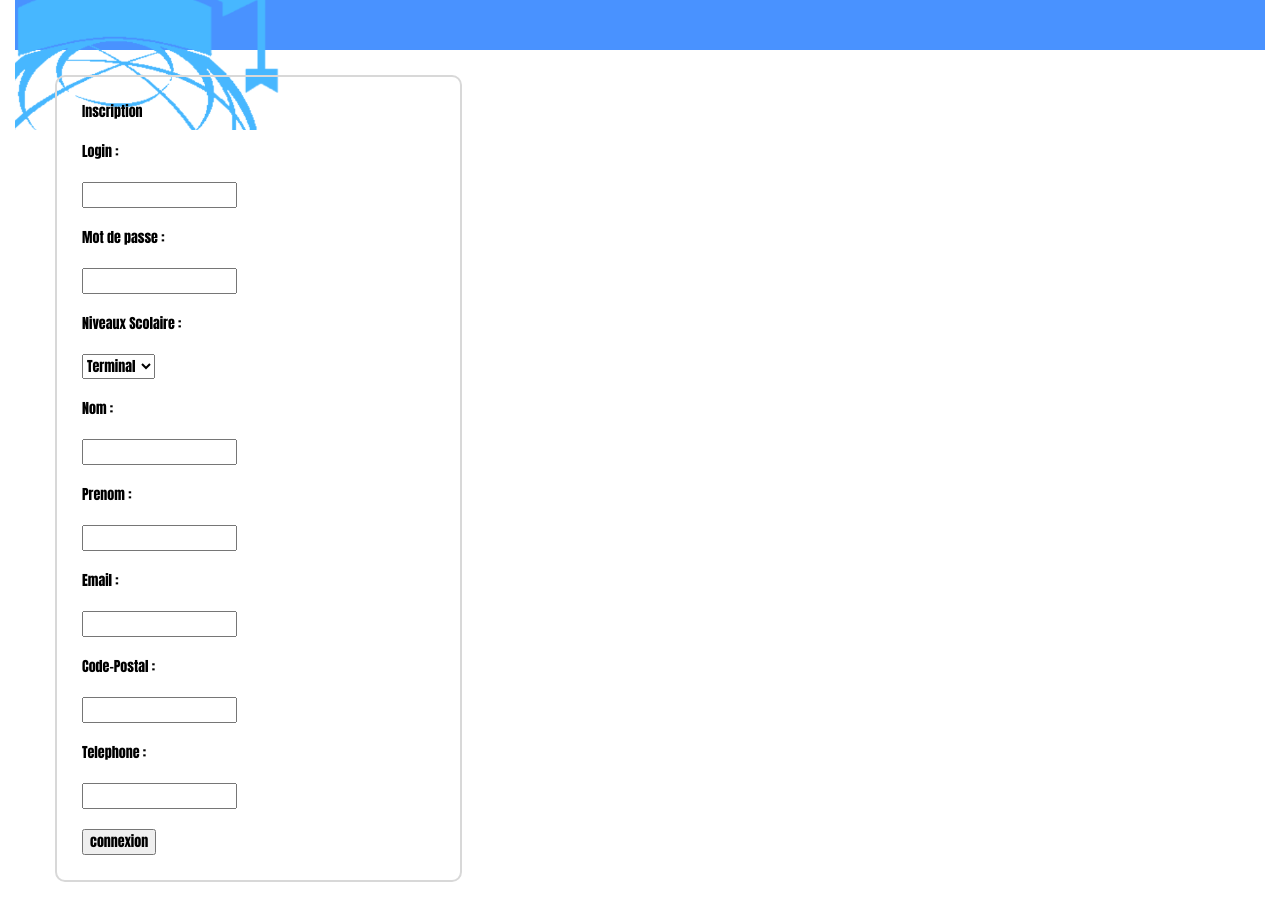
Repository: AntoAnt/WikiScolaire-
Page: http://localhost/InterfaceWikiScolair/Inscription.jsp
The author's editor kept a copy of each file at every save. The page is drawn from the files as they stood at one save, then again after the next save.
The browser window is 1280 px wide. The pictures show the whole page.
Some web fonts or font styles are not loaded; a fallback is used. The page is served by Tomcat 9.

Above is the page before, as saved 2017-04-27 16:36:51.

After the next save:
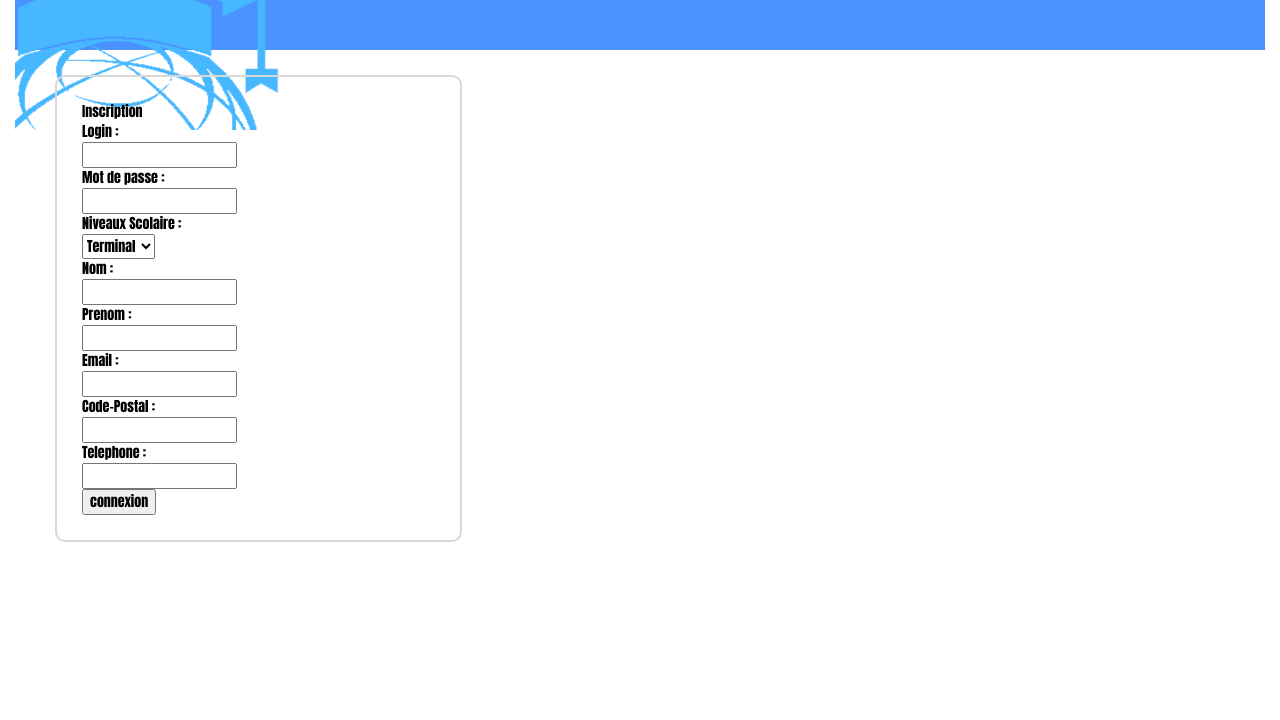
Saved 47 s later.
--- a/InterfaceWikiScolair/WebContent/Inscription.jsp
+++ b/InterfaceWikiScolair/WebContent/Inscription.jsp
@@ -30,27 +30,27 @@
             <div class="container-fluid">
                 <div class="col-xs-12 col-sm-12 col-lg-4 col-md-4 doc">
 					<form method="post" action="/InterfaceWikiScolair/ControleurPrincipal?idaction=Inscription">
-						Inscription<br></br>
-						Login :<br></br>
-							<input type="text" name="CHAMP_Login" ><br></br>
-						Mot de passe :<br></br>
-							<input type="password" name="CHAMP_Mdp" ><br></br>
-						Niveaux Scolaire :<br></br>
+						Inscription</br>
+						Login :</br>
+							<input type="text" name="CHAMP_Login" ></br>
+						Mot de passe :</br>
+							<input type="password" name="CHAMP_Mdp" ></br>
+						Niveaux Scolaire :</br>
 							<select name="CHAMP_Niv">
 								<option value = "Terminal">Terminal</option>
 								<option value = "Premiere">Premiere</otpion>
 								<option value = "Seconde">Seconde</option>
-							</select><br></br>
-						Nom :<br></br>
-							<input type="text" name="CHAMP_Nom" ><br></br>
-						Prenom :<br></br>
-							<input type="text" name="CHAMP_Prenom" ><br></br>
-						Email :<br></br>
-							<input type="text" name="CHAMP_Email" ><br></br>
-						Code-Postal :<br></br>
-							<input type="text" name="CHAMP_CP" ><br></br>
-						Telephone :<br></br>
-							<input type="text" name="CHAMP_Tel" ><br></br>
+							</select></br>
+						Nom :</br>
+							<input type="text" name="CHAMP_Nom" ></br>
+						Prenom :</br>
+							<input type="text" name="CHAMP_Prenom" ></br>
+						Email :</br>
+							<input type="text" name="CHAMP_Email" ></br>
+						Code-Postal :</br>
+							<input type="text" name="CHAMP_CP" ></br>
+						Telephone :</br>
+							<input type="text" name="CHAMP_Tel" ></br>
 							<input type="submit" name="bouton" value="connexion" />
 					</form>
 				</div>
